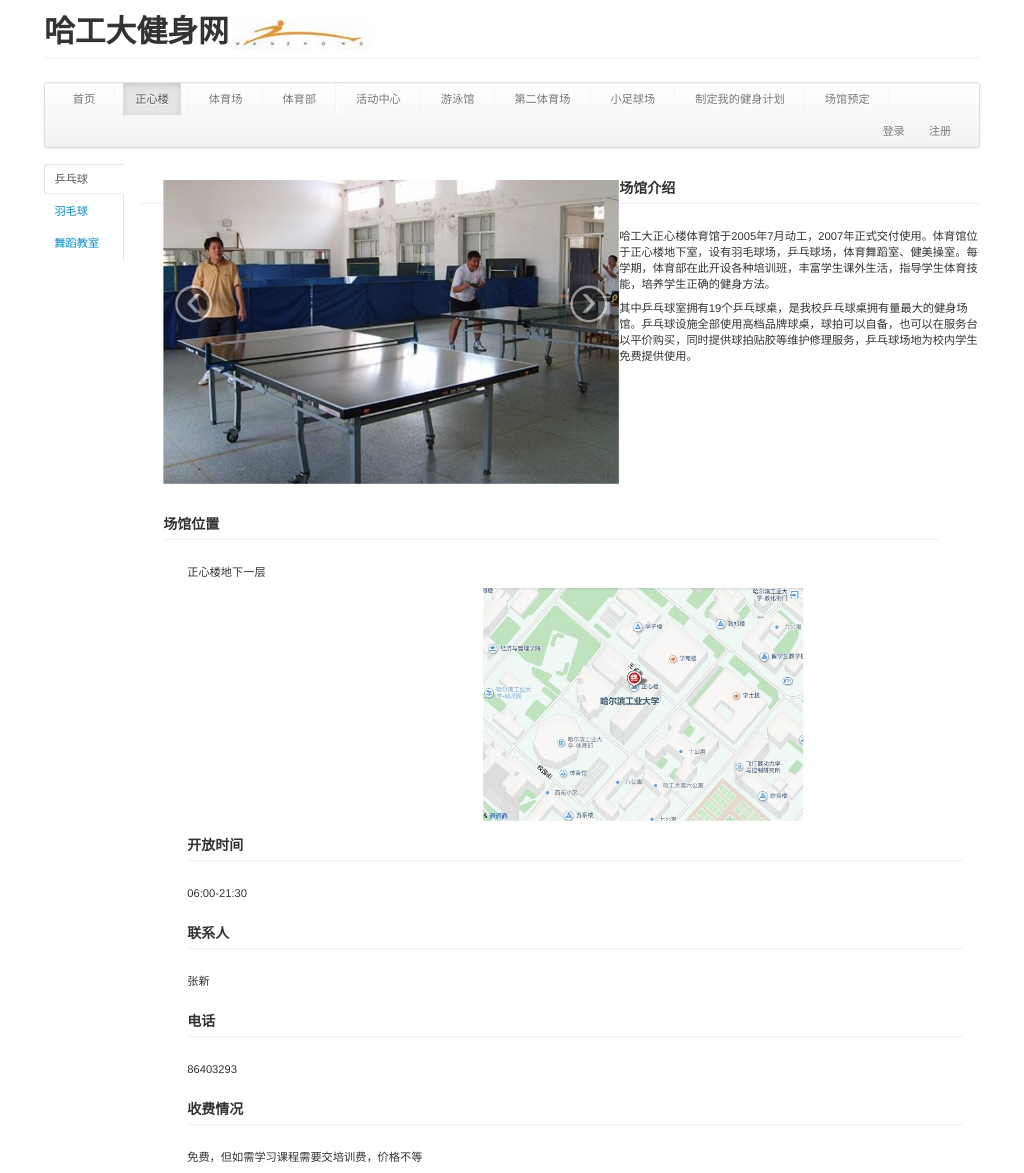
Repository: hitDeveloper/fitness
Page: http://localhost/project/zhengxin.jsp
An editor plug-in stored every save of this project. The page is shown before and after the next save, followed by the edit.
The browser window is 1280 px wide. The pictures show the whole page, at 80% of full size.
The page is served by Tomcat 9. Nobody is signed in. The application's start-up code is not run. Other server files are loaded and not shown.

Above is the page before, as saved 2014-11-10 23:49:25.

### Project3/project/WebRoot/zhengxin.jsp
<%@ page language="java" import="java.util.*" pageEncoding="UTF-8"%>
<!DOCTYPE html>
<html>
<head>
<title>首页</title>
	<meta name="viewport" content="width=device-width, initial-scale=1.0"  charset="utf-8">
	<link href="bootstrap.min.css" rel="stylesheet" type="text/css" media="screen">
	<link href="bootstrap-responsive.min.css" rel="stylesheet" type="text/css">
</head>
<body>
<div class="container">
<h1 class="page-header" >哈工大健身网<img src="image/logo.jpg"></h1>
<div class="navbar">
<div class="navbar-inner">
<div class="container">
<ul class="nav">
	<li ><a href="main.jsp">首页</a></li>
	<li class="divider-vertical"></li>
	<li class="active"><a href="zhengxin.jsp">正心楼</a></li>
	<li class="divider-vertical"></li>
	<li><a href="gym.jsp">体育场</a></li>
	<li class="divider-vertical"></li>
	<li><a href="tiyubu.jsp">体育部</a></li>
	<li class="divider-vertical"></li>
	<li><a href="center.jsp">活动中心</a></li>
	<li class="divider-vertical"></li>
	<li><a href="swimming.jsp">游泳馆</a></li>
	<li class="divider-vertical"></li>
	<li><a href="gym2.jsp">第二体育场</a></li>
	<li class="divider-vertical"></li>
	<li><a href="xiaozuqiuchang.jsp">小足球场</a></li>
	<li class="divider-vertical"></li>
	<li><a href="myplan.jsp">制定我的健身计划</a></li>
	<li class="divider-vertical"></li>
	<li><a href="myplan.jsp">场馆预定</a></li>
	<li class="divider-vertical"></li>
</ul>
<ul class="nav pull-right">
	<li><a href="login.jsp">登录</a></li>
	<li><a href="register.jsp">注册</a></li>
</ul>
</div>
</div>
</div>

<div class="tabbable tabs-left">
<ul class="nav nav-tabs">
	<li class="active"><a href="#pingpong" data-toggle="tab">乒乓球</a></li>
	<li><a href="#yumaoqiu" data-toggle="tab">羽毛球</a></li>
	<li><a href="#wudao" data-toggle="tab">舞蹈教室</a></li>
</ul>
<div class="tab-content">
<div class="tab-pane active" id="pingpong">
<div class="span6">
<div class="carousel slide" id="carousel1">
<div class="carousel-inner">
<div class="item active">
<img src="image/gym/zhengxinlou/pingpangqiu/200791011446618.jpg" alt="">
</div>
<div class="item">
<img src="image/gym/zhengxinlou/pingpangqiu/160S0355A4.jpg" alt="">
</div>
<div class="item">
<img src="image/gym/zhengxinlou/pingpangqiu/7096_1324380234pF3x.jpg" alt="">
</div>
<div class="item">
<img src="image/gym/zhengxinlou/pingpangqiu/2013222161721926.jpg" alt="">
</div>
</div>
<a href="#carousel1" data-slide="prev" class="left carousel-control">&lsaquo;</a>
<a href="#carousel1" data-slide="next" class="right carousel-control">&rsaquo;</a>
</div>
</div>
<div>
<h4 class="page-header">场馆介绍</h4>
<p>哈工大正心楼体育馆于2005年7月动工，2007年正式交付使用。体育馆位于正心楼地下室，设有羽毛球场，乒乓球场，体育舞蹈室、健美操室。每学期，体育部在此开设各种培训班，丰富学生课外生活，指导学生体育技能，培养学生正确的健身方法。</p>
<p>其中乒乓球室拥有19个乒乓球桌，是我校乒乓球桌拥有量最大的健身场馆。乒乓球设施全部使用高档品牌球桌，球拍可以自备，也可以在服务台以平价购买，同时提供球拍贴胶等维护修理服务，乒乓球场地为校内学生免费提供使用。</p>
</div>
<div class="span10">
<h4 class="page-header">场馆位置</h4>
<div class="span4">
<p>正心楼地下一层</p>
</div>
<div class="span8">
<img src="image/1.jpg" class="pull-right" width="400">
</div>
<div class="span10">
<h4 class="page-header">开放时间</h4>
<p>06:00-21:30</p>
</div>
<div class="span10">
<h4 class="page-header">联系人</h4>
<p>张新</p>
</div>
<div class="span10">
<h4 class="page-header">电话</h4>
<p>86403293</p>
</div>
<div class="span10">
<h4 class="page-header">收费情况</h4>
<p>免费，但如需学习课程需要交培训费，价格不等</p>
</div>
</div>
</div>
<div class="tab-pane" id="yumaoqiu">
<div class="span6">
<div class="carousel slide" id="carousel2">
<div class="carousel-inner">
<div class="item active">
<img src="image/gym/zhengxinlou/yumaoqiu/20090427093350883.jpg" alt="">
</div>
<div class="item">
<img src="image/gym/zhengxinlou/yumaoqiu/20090518151332698.jpg" alt="">
</div>
<div class="item">
<img src="image/gym/zhengxinlou/yumaoqiu/20090518151325566.jpg" alt="">
</div>
<div class="item">
<img src="image/gym/zhengxinlou/yumaoqiu/20090518151319672.jpg" alt="">
</div>
<div class="item">
<img src="" alt="">
</div>
</div>
<a href="#carousel2" data-slide="prev" class="left carousel-control">&lsaquo;</a>
<a href="#carousel2" data-slide="next" class="right carousel-control">&rsaquo;</a>
</div>
</div>
<div>
<h4 class="page-header">场馆介绍</h4>
<p>哈工大正心楼体育馆于2005年7月动工，2007年正式交付使用。体育馆位于正心楼地下室，设有羽毛球场，乒乓球场，体育舞蹈室、健美操室。每学期，体育部在此开设各种培训班，丰富学生课外生活，指导学生体育技能，培养学生正确的健身方法。</p>
<p>地下室内占地最大的是学生们最喜欢的羽毛球场地，羽毛球室分为3个区，共有12个场地。羽毛球室宽敞高大，高度至少有7米，白天有自然采光，由于开放时间达到晚上9点半，所以灯光设施也极好。这也是工大内和篮球场一样火爆的场地了，如果是周末，一定要早点来才会有场地。</p>
</div>
<div class="span10">
<h4 class="page-header">场馆位置</h4>
<div class="span4">
<p>正心楼地下一层</p>
</div>
<div class="span10">
<img src="image/1.jpg" class="pull-right" width="400">
</div>
<div class="span10">
<h4 class="page-header">开放时间</h4>
<p>06:00-21:30</p>
</div>
<div class="span10">
<h4 class="page-header">联系人</h4>
<p>张新</p>
</div>
<div class="span10">
<h4 class="page-header">电话</h4>
<p>86403293</p>
</div>
<div class="span10">
<h4 class="page-header">收费情况</h4>
<p>免费，但如需学习课程需要交培训费，价格不等</p>
</div>
</div>
</div>
<div class="tab-pane" id="wudao">
<div class="span6">
<div class="carousel slide" id="carousel3">
<div class="carousel-inner">
<div class="item active">
<img src="image/gym/zhengxinlou/wudaojiaoshi/cg(13).jpg" alt="">
</div>
<div class="item">
<img src="image/gym/zhengxinlou/wudaojiaoshi/u=3457288260,733846613&fm=23&gp=0.jpg" alt="">
</div>
<div class="item">
<img src="image/gym/zhengxinlou/wudaojiaoshi/20090610135412554.jpg" alt="">
</div>
<div class="item">
<img src="image/gym/zhengxinlou/wudaojiaoshi/20090427093504598.jpg" alt="">
</div>
</div>
<a href="#carousel3" data-slide="prev" class="left carousel-control">&lsaquo;</a>
<a href="#carousel3" data-slide="next" class="right carousel-control">&rsaquo;</a>
</div>
</div>
<div>
<h4 class="page-header">场馆介绍</h4>
<p>哈工大正心楼体育馆于2005年7月动工，2007年正式交付使用。体育馆位于正心楼地下室，设有羽毛球场，乒乓球场，体育舞蹈室、健美操室。每学期，体育部在此开设各种培训班，丰富学生课外生活，指导学生体育技能，培养学生正确的健身方法。</p>
<p>体育馆内拥有一个舞蹈室，场地较大，地面采用复合地板，全尺寸贴墙平面镜，让每一个动作完美展现。该教室同体育部一样开设多种收费课程，、具体收费标准和开课时间请在体育部或正心楼地下体育馆服务台处查询。</p>
</div>
<div class="span10">
<h4 class="page-header">场馆位置</h4>
<div class="span4">
<p>正心楼地下一层</p>
</div>
<div class="span10">
<img src="image/1.jpg" class="pull-right" width="400">
</div>
<div class="span10">
<h4 class="page-header">开放时间</h4>
<p>06:00-21:30</p>
</div>
<div class="span10">
<h4 class="page-header">联系人</h4>
<p>张新</p>
</div>
<div class="span10">
<h4 class="page-header">电话</h4>
<p>86403293</p>
</div>
<div class="span10">
<h4 class="page-header">收费情况</h4>
<p>免费，但如需学习课程需要交培训费，价格不等</p>
</div>
</div>
</div>
</div>


</div>
</div>
		<script src="jquery-1.11.1.min.js"></script>
		<script src="bootstrap.min.js"></script>
</body>
</html>

Loaded but not shown: Project3/project/WebRoot/bootstrap.min.css (library); Project3/project/WebRoot/bootstrap-responsive.min.css (library); Project3/project/WebRoot/jquery-1.11.1.min.js (library); Project3/project/WebRoot/bootstrap.min.js (library)

After the next save:
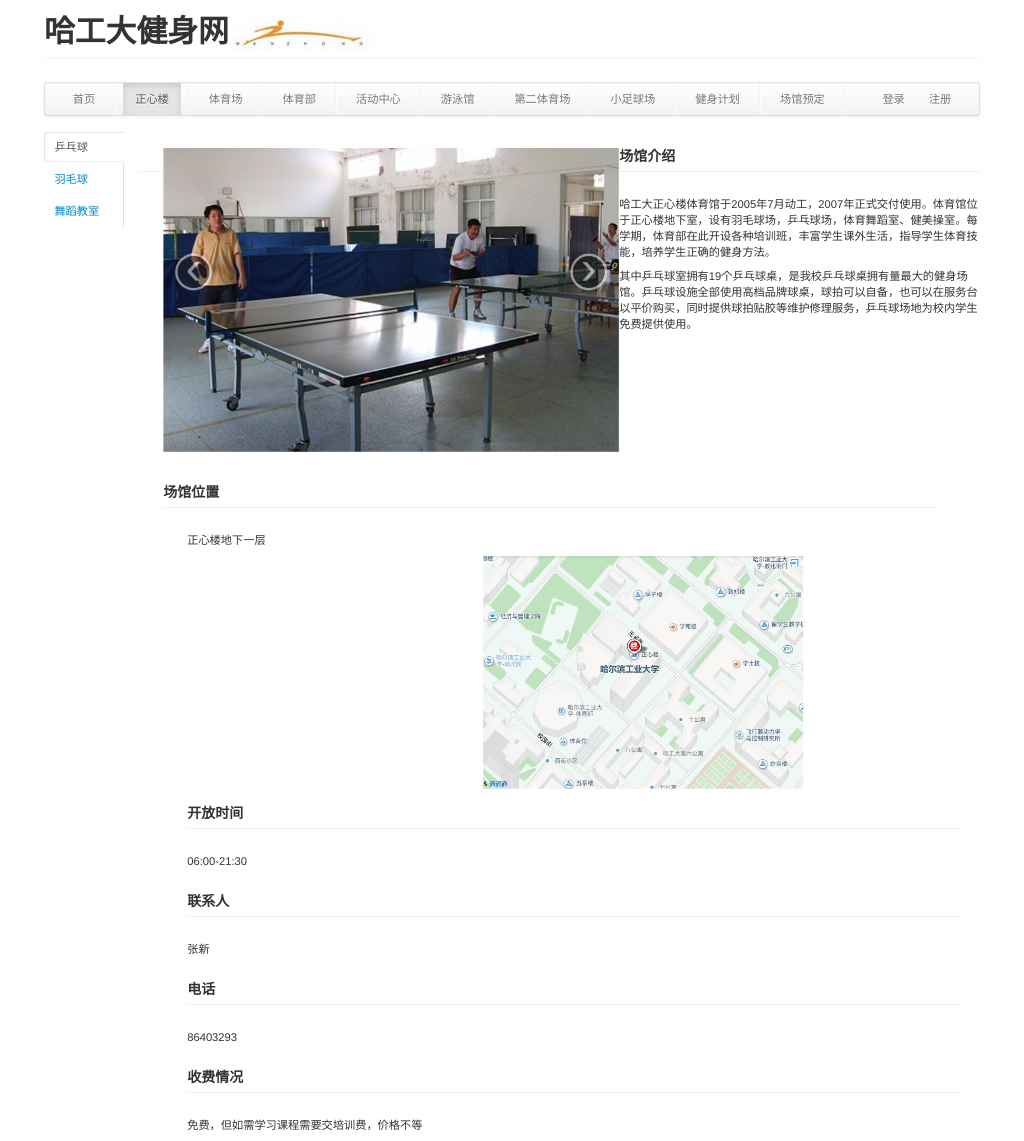
Saved 3 min 6 s later.
--- a/Project3/project/WebRoot/zhengxin.jsp
+++ b/Project3/project/WebRoot/zhengxin.jsp
@@ -30,7 +30,7 @@
 	<li class="divider-vertical"></li>
 	<li><a href="xiaozuqiuchang.jsp">小足球场</a></li>
 	<li class="divider-vertical"></li>
-	<li><a href="myplan.jsp">制定我的健身计划</a></li>
+	<li><a href="myplan.jsp">健身计划</a></li>
 	<li class="divider-vertical"></li>
 	<li><a href="myplan.jsp">场馆预定</a></li>
 	<li class="divider-vertical"></li>
